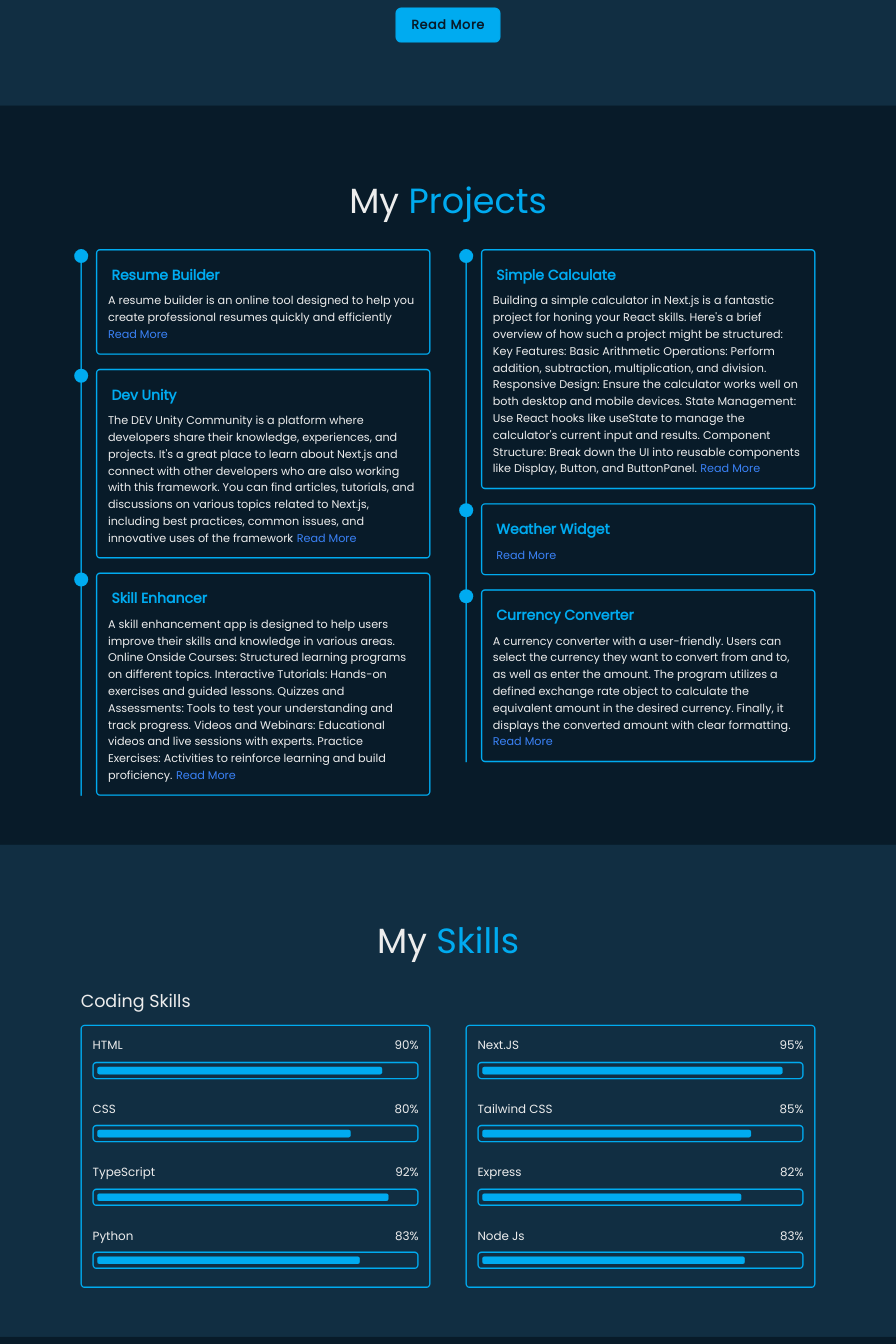
Repository: asadullah48/nextjs_projects_portfolio
Page: /
The author's editor kept a copy of each file at every save. The page is drawn from the files as they stood at one save, then again after the next save.
The browser window is 1280 px wide. The pictures show the part of the page from y = 1507 to 3427 px (the page is 4306 px tall), at 70% of full size.
The project was rebuilt for these pictures with package versions that can differ from the ones it lists, and the page was loaded fresh each time. The framework's server and built-in components were replaced by stand-ins that run in the browser. Also part of the build but not shown: next.config.ts.

Above is the page before, as saved 2024-11-13 15:01:24.

### src/app/layout.tsx
import type { Metadata } from "next";
import { Poppins } from "next/font/google";
import "./globals.css";
import Link from "next/link";
<Link  href='https://unpkg.com/boxicons@2.1.4/css/boxicons.min.css' rel='stylesheet'></Link>

const poppins = Poppins({ subsets: ["latin"], weight : '400' });

export const metadata: Metadata = {
  title: "Tayyab Portfolio",
  description: "Generated by Tayyab Khalid",
};

export default function RootLayout({
  children,
}: Readonly<{
  children: React.ReactNode;
}>) {
  return (
    <html lang="en">
      <body className={poppins.className}>

        {children}

        </body>
    </html>
  );
}

### src/app/page.tsx
"use client"
import Link from "next/link";
import Image from "next/image";
import LinkedInIcon from "@mui/icons-material/LinkedIn";
import GitHubIcon from "@mui/icons-material/GitHub";
import XIcon from "@mui/icons-material/X";
import ArrowUpwardIcon from "@mui/icons-material/ArrowUpward";
import { Menu } from "lucide-react";
import { useState } from "react";
import {
  Sheet,
  SheetContent,
  SheetDescription,
  SheetHeader,
  SheetTitle,
  SheetTrigger,
} from "@/components/ui/sheet";

export default function Home() {
  const [isSidebarOpen, setIsSidebarOpen] = useState(false);

  const closeSidebar = () => {
    setIsSidebarOpen(false);
  };

  return (
    <main>
      {/* ---------header------------ */}
     <header className={`header flex justify-end items-center transition-opacity duration-300 ${isSidebarOpen ? "opacity-50" : "opacity-100"}`}>
        <div>
          <Link href={"#home"} className="logo ">
            AsadullahShafique.
          </Link>
        </div>
        <nav className="navbar">
          <Sheet open={isSidebarOpen} onOpenChange={setIsSidebarOpen}>
            <SheetTrigger className="tablet:hidden">
              <Menu className="menu-icon mr-4" />
            </SheetTrigger>
            <SheetContent className="pt-4 text-3xl">
              <br />
              <br />
              <br />
              <Link href={"#home"} onClick={closeSidebar}>
                Home
              </Link>
              <br />
              <br />
              <br />
              <Link href={"#about"} onClick={closeSidebar}>
                About
              </Link>
              <br />
              <br />
              <br />
              <Link href={"#education"} onClick={closeSidebar}>
                Project
              </Link>
              <br />
              <br />
              <br />
              <Link href={"#skills"} onClick={closeSidebar}>
                Skills
              </Link>
              <br />
              <br />
              <br />
              <Link href={"#contact"} onClick={closeSidebar}>
                Contact
              </Link>
              <br />
            </SheetContent>
          </Sheet>
          <ul className="hidden tablet:flex gap-x-8 text-[1.7rem]">
            <li>
              <Link
                className="text-[var(--text-color)] font-bold ml-[3.5rem] transition duration-300 hover:text-[var(--main-color)]
active:text-[var(--main-color)]"
                href={"#home"}
              >
                Home
              </Link>
            </li>
            <li>
              <Link
                className="text-[var(--text-color)] font-bold ml-[3.5rem] transition duration-300 hover:text-[var(--main-color)]
active:text-[var(--main-color)]"
                href={"#about"}
              >
                About
              </Link>
            </li>
            <li>
              <Link
                className="text-[var(--text-color)] font-bold ml-[3.5rem] transition duration-300 hover:text-[var(--main-color)]
active:text-[var(--main-color)]"
                href={"#education"}
              >
                Project
              </Link>
            </li>
            <li>
              <Link
                className="text-[var(--text-color)] font-bold ml-[3.5rem] transition duration-300 hover:text-[var(--main-color)]
active:text-[var(--main-color)]"
                href={"#skills"}
              >
                Skills
              </Link>{" "}
            </li>
            <li>
              <Link
                className="text-[var(--text-color)] font-bold ml-[3.5rem] transition duration-300 hover:text-[var(--main-color)]
active:text-[var(--main-color)]"
                href={"#contact"}
              >
                Contact
              </Link>
            </li>
          </ul>
        </nav>
      </header>

      {/*-------------- home section-------------- */}

      <section className={`home bg-[url('../../public/fullSizeImge1.jpg')] bg-cover bg-center transition-opacity duration-300 ${isSidebarOpen ? "opacity-50" : "opacity-100"}`} id="home">
        <div className="home-content">
          <h1>
            Hi, I'm<span> Asadullah Shafique</span>{" "}
          </h1>
          <div className="text-animated">
            <h3>Textile Engineer Cum Full-Stack Developer</h3>
          </div>
          <p>
            I'm a passionate Full Stack Developer currently honing my skills at
            GIAIC. On the front-end, I've mastered Next.js and Tailwind CSS,
            creating responsive and dynamic user interfaces. As I continue my
            journey, I’m diving deeper into back-end technologies to build
            comprehensive, full-stack applications. Stay tuned as I continue to
            expand my skill set and bring innovative ideas to life!
          </p>

          <div className="btn-box">
            <Link
              href={
                "https://www.linkedin.com/in/asadullah-shafique-a00679325/"
              }
              className="btn" target="_blank"
            >
              Hire me
            </Link>
            <Link
              href={
                "https://www.youtube.com/@asadullahshafique4261"
              }
              className="btn" target="_blank"
            >
              Lets talk
            </Link>
          </div>
          <div className="flex-space-x-4 home-sci">
            <Link
              href="https://www.facebook.com/asadullah.shafique"
              target="_blank"
              rel="noopener noreferrer"
              className="bx-bx1-linkedin"
            >
              <LinkedInIcon className="icon" sx={{ fontSize: 25 }} />
            </Link>
            <Link
              href={"ttps://github.com/asadullah48"}
              target="_blank"
              className="bx-bx1-github"
            >
              <GitHubIcon className="icon" sx={{ fontSize: 25 }} />
            </Link>
            <Link
              href={"https://www.instagram.com/shafiqueasadullah/"}
              target="_blank"
              className="bx-bx1-x"
            >
              <XIcon className="icon" sx={{ fontSize: 25 }} />
            </Link>
          </div>
        </div>

        <div className="home-imgHover"></div>
      </section>

      {/* --------------About Section------------- */}

      <section className="about" id="about">
        <h2 className="heading">
          About <span>Me</span>
        </h2>

        <div className="about-image relative w-[25rem] h-[25rem] rounded-full flex justify-center items-center">
      <Image
        src="/dp.png"
        alt="Profile Image"
        width={225}
        height={225}
        className="Image rounded-full border-[.2rem] border-[var(--main-color)]"
      />
      <span className="circle-spin absolute"></span>
    </div>

        <div className="about-content">
          <h2>Full Stack Developer</h2>
          <p className="about-para">
          Welcome to my portfolio! I am Asadullah Shafique, Textile Engineer Cum a passionate full-stack developer
          and aspiring <span className="font-bold">CERTIFIED CLOUD APPLIED GENERATIVE AI ENGINEER.</span> My portfolio highlights a diverse array of projects crafted with cutting-edge technologies
          like Next.js. Through continuous learning and practical experience,
          I am dedicated to improving user experiences and addressing real-world challenges with innovative web solutions.

          </p>

          <div className="btn-box btns">
            <a href="#about" className="btn">
              Read More
            </a>
          </div>
        </div>
      </section>

      {/* -----------------------project section--------------------------- */}

      <section className="education" id="education">
        <h2 className="heading">
          My <span>Projects </span>
        </h2>

        <div className="education-row">
          <div className="education-column">
            {/* <h3 className="title">Education</h3> */}

            <div className="education-box">
              <div className="education-content">
                <div className="content">
                  <div className="year">
                    <h3>Resume Builder</h3>
                  </div>
                  <p>
                  A resume builder is an online tool designed to help you create professional resumes quickly and efficiently
                    <Link
                      href="https://hackathon-puce-six.vercel.app/"
                      className="text-blue-500 hover:underline ml-2"
                      target="_blank"
                    >
                      Read More
                    </Link>
                  </p>
                </div>
              </div>

              <div className="education-content">
                <div className="content">
                  <div className="year">
                    <h3>Dev Unity</h3>
                  </div>
                  <p>
                  The DEV Unity Community is a platform where developers share their knowledge, experiences, and projects.
                  It's a great place to learn about Next.js and connect with other developers
                  who are also working with this framework. You can find articles, tutorials, and discussions on various topics related to Next.js,
                  including best practices, common issues, and innovative uses of the framework
                    <Link
                      href="https://asadullahshafique-devunity.vercel.app/"              className="text-blue-500
                      hover:underline ml-2"
                      target="_blank"
                    >
                      Read More
                    </Link>
                  </p>
                </div>
              </div>

              <div className="education-content">
                <div className="content">
                  <div className="year">
                    <h3>Skill Enhancer</h3>
                  </div>
                  <p> A skill enhancement app is designed to help users improve their skills and knowledge in various areas.
                    Online Onside Courses: Structured learning programs on different topics. Interactive Tutorials: Hands-on exercises and guided lessons.
                    Quizzes and Assessments: Tools to test your understanding and track progress.
                    Videos and Webinars: Educational videos and live sessions with experts.
                    Practice Exercises: Activities to reinforce learning and build proficiency.
                    <Link
                      href="https://skill-enhancer.vercel.app/"
                      className="text-blue-500 hover:underline ml-2"
                      target="_blank"
                    >
                      Read More
                    </Link>
                  </p>
                </div>
              </div>
            </div>
          </div>

          {/* --------------2nd column----------- */}

          <div className="education-column">
            {/* <h3 className="title">Experience</h3> */}
            <div className="education-box">
              <div className="education-content">
                <div className="content">
                  <div className="year">
                    <h3>Simple Calculate</h3>
                  </div>
                  <p>
                  Building a simple calculator in Next.js is a fantastic project for honing your React skills. Here's a brief overview of how such a project might be structured:
Key Features:
Basic Arithmetic Operations: Perform addition, subtraction, multiplication, and division.

Responsive Design: Ensure the calculator works well on both desktop and mobile devices.

State Management: Use React hooks like useState to manage the calculator's current input and results.

Component Structure: Break down the UI into reusable components like Display, Button, and ButtonPanel.
                    <Link
                      href="https://09-calculator-app.vercel.app/"
                      className="text-blue-500
                      hover:underline ml-2"
                      target="_blank"
                    >
                      Read More
                    </Link>
                  </p>
                </div>
              </div>

              <div className="education-content">
                <div className="content">
                  <div className="year">
                    <h3>Weather Widget</h3>
                  </div>
                  <p>

                    <Link
                      href="https://02-weather-widget-seven.vercel.app/"
                      className="text-blue-500
                       hover:underline ml-2"
                      target="_blank"
                    >
                      Read More
                    </Link>
                  </p>
                </div>
              </div>

              <div className="education-content">
                <div className="content">
                  <div className="year">
                    <h3>Currency Converter</h3>
                  </div>
                  <p>
                  A currency converter with a user-friendly. Users can select the currency they want to convert from and to,
                  as well as enter the amount. The program utilizes a defined exchange rate object to calculate the equivalent amount in the desired currency. Finally, it displays the converted amount with clear formatting.
                    <Link
                      href="https://github.com/Tayyabkhalid993/PIAIC56/tree/main/NodeProjects/Other_Projects/Rock_Paper_sessior"
                      className="text-blue-500
                       hover:underline ml-2"
                      target="_blank"
                    >
                      Read More
                    </Link>
                  </p>
                </div>
              </div>
            </div>
          </div>
        </div>
      </section>

      {/* -----------------------skill section--------------------------- */}
      <section className="skills" id="skills">
        <h2 className="heading">
          {" "}
          My <span>Skills</span>
        </h2>
            <h3 className="skill-title">Coding Skills</h3>

        <div className="skills-row">
          <div className="skills-column">

            <div className="skills-box">
              <div className="skills-content">
                <div className="progress">
                  <h3>
                    HTML <span>90%</span>
                  </h3>
                  <div className="bar">
                    <span></span>
                  </div>
                </div>
                <div className="progress">
                  <h3>
                    CSS <span>80%</span>
                  </h3>
                  <div className="bar">
                    <span></span>
                  </div>
                </div>
                <div className="progress">
                  <h3>
                    TypeScript <span>92%</span>
                  </h3>
                  <div className="bar">
                    <span></span>
                  </div>
                </div>
                <div className="progress">
                  <h3>
                    Python <span>83%</span>
                  </h3>
                  <div className="bar">
                    <span></span>
                  </div>
                </div>
                  <div className="bar">
                    <span></span>
                  </div>
              </div>
            </div>
          </div>

          {/* ----------------------For another Column--------------------------- */}

          <div className="skills-column">
            {/* <h3 className="title">Professional Skills</h3> */}
            <div className="skills-box">
              <div className="skills-content">
                <div className="progress">
                  <h3>
                  Next.JS <span>95%</span>
                  </h3>
                  <div className="bar">
                    <span></span>
                  </div>
                </div>
                <div className="progress">
                  <h3>
                    Tailwind CSS <span>85%</span>
                  </h3>
                  <div className="bar">
                    <span></span>
                  </div>
                </div>
                <div className="progress">
                  <h3>
                    Express <span>82%</span>
                  </h3>
                  <div className="bar">
                    <span></span>
                  </div>
                </div>
                <div className="progress">
                  <h3>
                  Node Js <span>83%</span>
                  </h3>
                  <div className="bar">
                    <span></span>
                  </div>
                </div>
                  <div className="bar">
                    <span></span>
                </div>
              </div>
            </div>
          </div>
        </div>
      </section>

      <section className="contact" id="contact">
        <center></center>
        <h2 className="heading">
          Contact <span>Me!</span>
        </h2>

        <form action="#">
          <div className="input-box">
            <div className="input-field">
              <input type="text" placeholder="Full Name" required />
              <span className="focus"></span>
            </div>
            <div className="input-field">
              <input type="text" placeholder="Email Address" required />
              <span className="focus"></span>
            </div>
          </div>

          <div className="input-box">
            <div className="input-field">
              <input type="string" placeholder="Mobile Number" required />
              <span className="focus"></span>
            </div>
            <div className="input-field">
              <input type="text" placeholder="Email Subject" required />
              <span className="focus"></span>
            </div>
          </div>
          <div className="textarea-field">
            <textarea
              name=""
              id=""
              cols={30}
              rows={10}
              placeholder="Your Message"
              required
            ></textarea>
            <span className="focus"></span>
          </div>

          <div className="btn-box btns">
            <a href="#contact" className="btn">
              Submit
            </a>
          </div>
        </form>
      </section>

      {/* --------------footer-------------- */}

      <footer className="footer">
        <div className="footer-text">
          <p>Copyright &copy; 2024 by Tayyab | All Right Reserved.</p>
        </div>

        <div className="footer-iconTop">
          <Link href="/" className=" bg-cyan-500 bx-bx1-arrowUpWardIcon">
            <ArrowUpwardIcon className="icon" sx={{ fontSize: 25 }} />
          </Link>
        </div>
      </footer>
    </main>
  );
}

Loaded but not shown: src/lib/utils.ts (common file); tailwind.config.ts (common file); src/app/globals.css (833 lines, source omitted); src/components/ui/sheet.tsx (140 lines, source omitted)

After the next save:
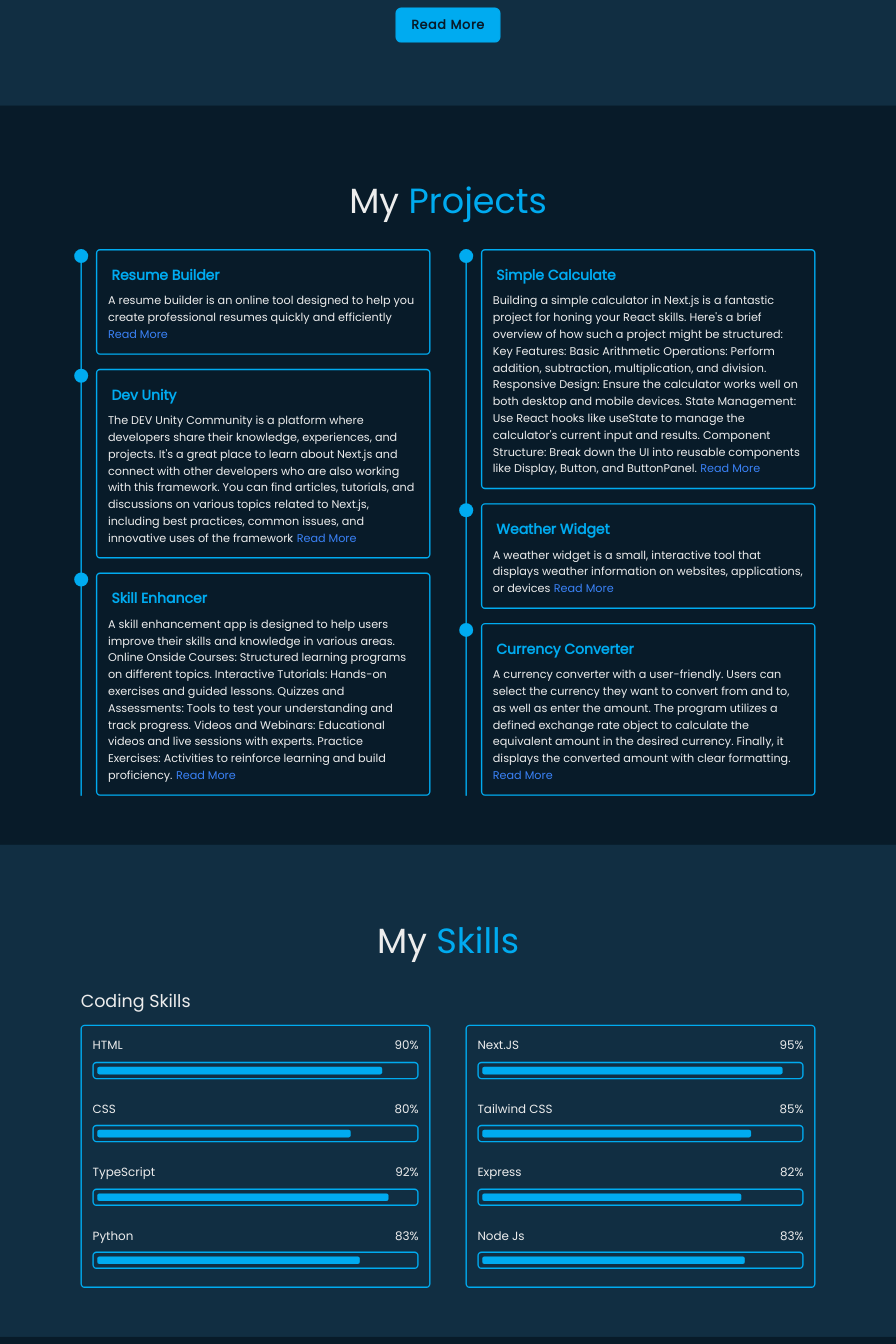
Saved 32 s later.
--- a/src/app/page.tsx
+++ b/src/app/page.tsx
@@ -335,7 +335,7 @@ Component Structure: Break down the UI into reusable components like Display, Bu
                     <h3>Weather Widget</h3>
                   </div>
                   <p>
-
+                  A weather widget is a small, interactive tool that displays weather information on websites, applications, or devices
                     <Link
                       href="https://02-weather-widget-seven.vercel.app/"
                       className="text-blue-500
